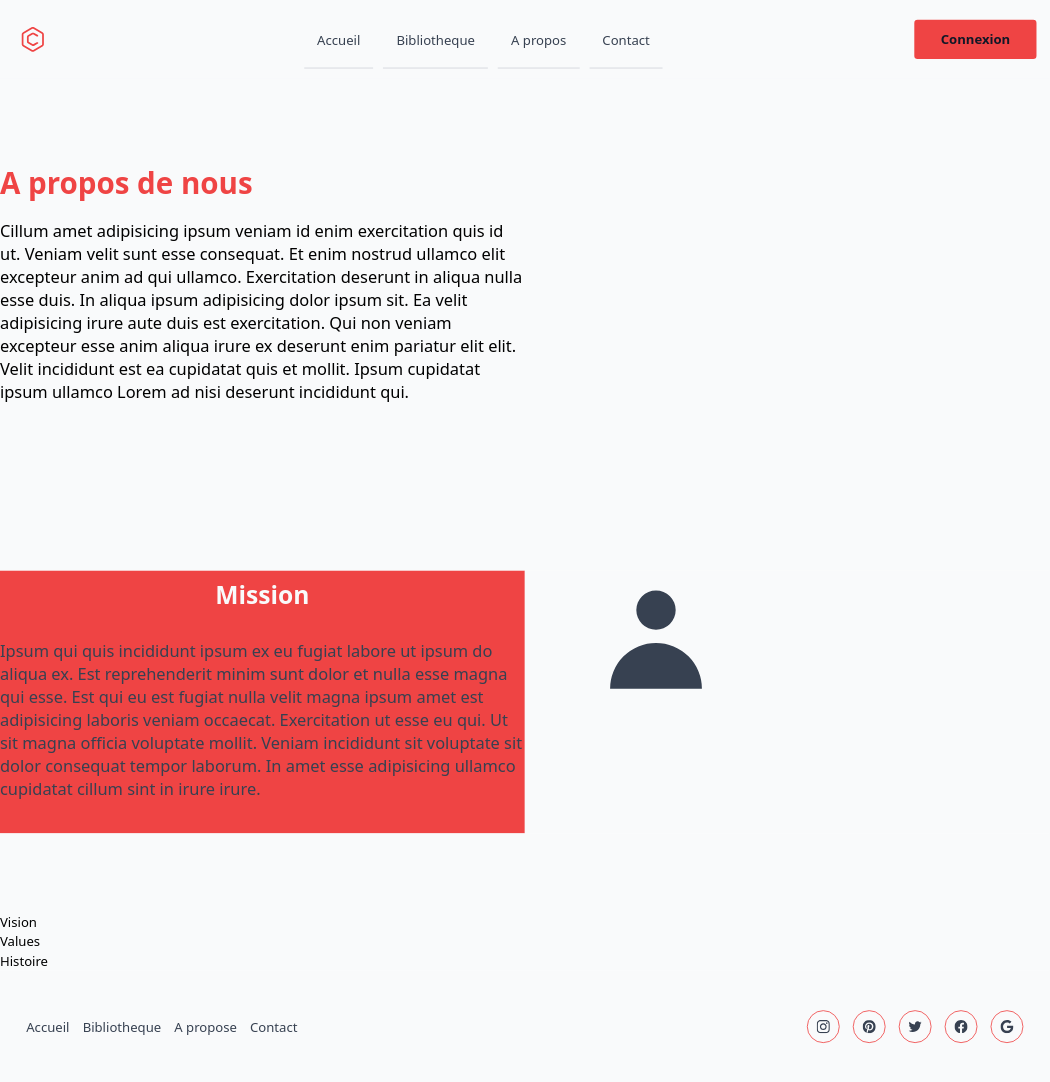
Repository: erulabs243/museum
Page: /about
An editor plug-in stored every save of this project. The page is shown before and after the next save, followed by the edit.
The browser window is 1280 px wide. The pictures show the whole page, at 82% of full size.
The project was rebuilt for these pictures with package versions that can differ from the ones it lists, and the page was loaded fresh each time. Also part of the build but not shown: vite.config.js, src/pages/admin/Home.jsx, src/pages/commons/NotFound.jsx, src/components/atoms/TagBadge.jsx, src/components/atoms/MyAudioPlayer.jsx, src/components/atoms/MyVideoPlayer.jsx, src/components/atoms/MediaCard.jsx, src/components/sections/Testimonial.jsx and 16 more.

Above is the page before, as saved 2022-08-10 14:02:53.

### index.html
<!DOCTYPE html>
<html lang="en">
  <head>
    <meta charset="UTF-8" />
    <link rel="icon" type="image/svg+xml" href="/vite.svg" />
    <link rel="stylesheet" href="src/theme/App.css">
    <meta name="viewport" content="width=device-width, initial-scale=1.0" />
    <title>Museum...</title>
  </head>
  <body class="bg-gray-50">
    <div id="root"></div>
    <script type="module" src="/src/main.jsx"></script>
  </body>
</html>

### src/App.jsx
'use strict';

import {BrowserRouter, Route, Routes} from 'react-router-dom';
import { AdminRoutes, CommonsRoutes, UserRoutes, AuthRoutes } from './routes';

const App = () => {
  return (
      <BrowserRouter>
        <Routes>
          {AuthRoutes.map(route => <Route path={route.path} key={route.path} element={route.element} />)}
          {UserRoutes.map(route => <Route path={route.path} key={route.path} element={route.element} />)}
          {AdminRoutes.map(route => <Route path={route.path} key={route.path} element={route.element} />)}
          {CommonsRoutes.map(route => <Route path={route.path} key={route.path} element={route.element} />)}
        </Routes>
      </BrowserRouter>
  );
};

export default App

### src/routes/index.jsx
'use strict';

import AdminRoutes from "./AdminRoutes";
import CommonsRoutes from "./CommonsRoutes";
import UserRoutes from "./UserRoutes";
import AuthRoutes from "./AuthRoutes";

export {UserRoutes, AdminRoutes, CommonsRoutes, AuthRoutes};

### src/routes/AdminRoutes.jsx
'use strict';

import { Home } from "../pages/admin";

const AdminRoutes = [
    {
        path: '/admin',
        element: <Home />
    }
];

export default AdminRoutes;

### src/routes/CommonsRoutes.jsx
'use strict';

import {NotFound} from '../pages/commons';

const CommonsRoutes = [
    {
        path: '*',
        element: <NotFound />
    }
]

export default CommonsRoutes;

### src/routes/UserRoutes.jsx
'use strict';

import {
    About,
    Contact,
    Gallery,
    Home,
    Library,
    Podcast,
    Story,
    Testimonials,
    Videos
} from '../pages/user';

const UserRoutes = [
    {
        path: '/',
        element: <Home />
    },
    {
        path: '/contact',
        element: <Contact />
    },
    {
        path: '/library',
        element: <Library />
    },
    {
        path: '/stories',
        element: <Testimonials />
    },
    {
        path: '/stories/:slug',
        element: <Story />
    },
    {
        path: '/gallery',
        element: <Gallery />
    },
    {
        path: '/videos',
        element: <Videos />
    },
    {
        path: '/podcast',
        element: <Podcast />
    },
    {
        path: '/about',
        element: <About />
    }
];

export default UserRoutes;

### src/routes/AuthRoutes.jsx
'use strict';

import {Login} from '../pages/auth';

const AuthRoutes = [
    {
        path: '/login',
        element: <Login />
    }
];

export default AuthRoutes;

### src/pages/admin/index.jsx
'use strict';

import Home from './Home';

export {Home};

### src/pages/commons/index.jsx
'use strict';

import NotFound from './NotFound';

export {NotFound};

### src/pages/user/index.jsx
'use strict';

import Blog from './Blog';
import Contact from './Contact';
import Gallery from './Gallery';
import Library from './Library';
import Podcast from './Podcast';
import Testimonials from './Testimonials';
import Videos from './Videos';
import Home from './Home';
import Story from './Story';
import About from './About';

export { Home, Blog, Contact, Gallery, Library, Podcast, Testimonials, Videos, Story, About };

### src/pages/auth/index.jsx
'use strict';

import Login from "./Login";

export {Login};

### src/pages/user/About.jsx
'use strict';

import { UserIcon } from '@heroicons/react/solid';
import { Footer, Navbar } from '../../components/sections';

const About = () => {
    return (
        <main>
            <Navbar />

            {/* ABOUT */}
            <section className="py-24 bg-gray-50">
                <div className="flex flex-col w-2/3 mx-auto">
                    <h1 className="font-semibold text-4xl text-red-500 py-3">A propos de nous</h1>
                    <div className="grid grid-cols-2 py-3">
                        <p className="text-xl">
                            Cillum amet adipisicing ipsum veniam id enim exercitation quis id ut.
                            Veniam velit sunt esse consequat. Et enim nostrud ullamco elit excepteur
                            anim ad qui ullamco. Exercitation deserunt in aliqua nulla esse duis. In
                            aliqua ipsum adipisicing dolor ipsum sit. Ea velit adipisicing irure
                            aute duis est exercitation. Qui non veniam excepteur esse anim aliqua
                            irure ex deserunt enim pariatur elit elit. Velit incididunt est ea
                            cupidatat quis et mollit. Ipsum cupidatat ipsum ullamco Lorem ad nisi
                            deserunt incididunt qui.
                        </p>
                    </div>
                </div>
            </section>

            {/* MISSION */}
            <section className="py-24">
                <div className="grid grid-cols-2">
                    <div className="bg-red-500 text-gray-50 p-24">
                        <h1 className="text-3xl text-center py-3 font-semibold">Mission</h1>
                        <p className="text-xl w-2/3 text-gray-700 mx-auto py-6">
                            Ipsum qui quis incididunt ipsum ex eu fugiat labore ut ipsum do aliqua
                            ex. Est reprehenderit minim sunt dolor et nulla esse magna qui esse. Est
                            qui eu est fugiat nulla velit magna ipsum amet est adipisicing laboris
                            veniam occaecat. Exercitation ut esse eu qui. Ut sit magna officia
                            voluptate mollit. Veniam incididunt sit voluptate sit dolor consequat
                            tempor laborum. In amet esse adipisicing ullamco cupidatat cillum sint
                            in irure irure.
                        </p>
                    </div>
                    <div className="bg-gray-50 text-gray-700">
                        <UserIcon className="w-1/2 h-1/2" />
                    </div>
                </div>
            </section>

            {/* VISION */}
            <h1>Vision</h1>

            {/* VALUES */}
            <h1>Values</h1>

            {/* STORY */}
            <h1>Histoire</h1>
            <Footer />
        </main>
    );
};

export default About;

### src/components/sections/index.jsx
'use strict';

import Navbar from './Navbar';
import Footer from './Footer';
import Testimonial from './Testimonial';
import LibraryHeader from './LibraryHeader';
import Pagination from './Pagination';
import Article from './Article';
import Image from './Image';
import Modal from './Modal';

export { Navbar, Footer, Testimonial, LibraryHeader, Pagination, Article, Image, Modal };

### src/components/atoms/index.jsx
'use strict';

import NavLink from './headers/NavLink';
import Button from './headers/Button';
import TagBadge from './TagBadge';
import MyAudioPlayer from './MyAudioPlayer';
import MyVideoPlayer from './MyVideoPlayer';
import MediaCard from './MediaCard';

export { Button, NavLink, TagBadge, MyAudioPlayer, MyVideoPlayer, MediaCard };

### src/components/sections/Navbar.jsx
'use strict';

import { Button, NavLink } from '../atoms';

const setActiveMenu = (menu) => {
    const urlHref = window.location.href;
    let url = urlHref;
    url = url.substring(url.lastIndexOf('/') + 1);
    if (
        urlHref.includes('stories') ||
        urlHref.includes('videos') ||
        urlHref.includes('podcast') ||
        urlHref.includes('gallery')
    )
        url = 'library';

    return menu == 'home' && url == '' ? true : url.includes(menu);
};

const Navbar = () => {
    return (
        <header className="p-4 sticky top-0 bg-gray-50 text-gray-700">
            <div className="container flex justify-between h-16 mx-auto">
                <a
                    rel="noopener noreferrer"
                    href="#"
                    aria-label="Back to homepage"
                    className="flex items-center p-2">
                    <svg
                        xmlns="http://www.w3.org/2000/svg"
                        fill="currentColor"
                        viewBox="0 0 32 32"
                        className="w-8 h-8 text-red-500">
                        <path d="M27.912 7.289l-10.324-5.961c-0.455-0.268-1.002-0.425-1.588-0.425s-1.133 0.158-1.604 0.433l0.015-0.008-10.324 5.961c-0.955 0.561-1.586 1.582-1.588 2.75v11.922c0.002 1.168 0.635 2.189 1.574 2.742l0.016 0.008 10.322 5.961c0.455 0.267 1.004 0.425 1.59 0.425 0.584 0 1.131-0.158 1.602-0.433l-0.014 0.008 10.322-5.961c0.955-0.561 1.586-1.582 1.588-2.75v-11.922c-0.002-1.168-0.633-2.189-1.573-2.742zM27.383 21.961c0 0.389-0.211 0.73-0.526 0.914l-0.004 0.002-10.324 5.961c-0.152 0.088-0.334 0.142-0.53 0.142s-0.377-0.053-0.535-0.145l0.005 0.002-10.324-5.961c-0.319-0.186-0.529-0.527-0.529-0.916v-11.922c0-0.389 0.211-0.73 0.526-0.914l0.004-0.002 10.324-5.961c0.152-0.090 0.334-0.143 0.53-0.143s0.377 0.053 0.535 0.144l-0.006-0.002 10.324 5.961c0.319 0.185 0.529 0.527 0.529 0.916z"></path>
                        <path d="M22.094 19.451h-0.758c-0.188 0-0.363 0.049-0.515 0.135l0.006-0.004-4.574 2.512-5.282-3.049v-6.082l5.282-3.051 4.576 2.504c0.146 0.082 0.323 0.131 0.508 0.131h0.758c0.293 0 0.529-0.239 0.529-0.531v-0.716c0-0.2-0.11-0.373-0.271-0.463l-0.004-0.002-5.078-2.777c-0.293-0.164-0.645-0.26-1.015-0.26-0.39 0-0.756 0.106-1.070 0.289l0.010-0.006-5.281 3.049c-0.636 0.375-1.056 1.055-1.059 1.834v6.082c0 0.779 0.422 1.461 1.049 1.828l0.009 0.006 5.281 3.049c0.305 0.178 0.67 0.284 1.061 0.284 0.373 0 0.723-0.098 1.027-0.265l-0.012 0.006 5.080-2.787c0.166-0.091 0.276-0.265 0.276-0.465v-0.716c0-0.293-0.238-0.529-0.529-0.529z"></path>
                    </svg>
                </a>
                <ul className="items-stretch hidden space-x-3 lg:flex">
                    <li className="flex">
                        <NavLink
                            link={{ name: 'Accueil', path: '', active: setActiveMenu('home') }}
                        />
                    </li>
                    <li className="flex">
                        <NavLink
                            link={{
                                name: 'Bibliotheque',
                                path: 'stories',
                                active: setActiveMenu('library')
                            }}
                        />
                    </li>
                    <li className="flex">
                        <NavLink
                            link={{
                                name: 'A propos',
                                path: 'about',
                                active: setActiveMenu('about')
                            }}
                        />
                    </li>
                    <li className="flex">
                        <NavLink
                            link={{
                                name: 'Contact',
                                path: 'contact',
                                active: setActiveMenu('contact')
                            }}
                        />
                    </li>
                </ul>
                <div className="items-center flex-shrink-0 hidden lg:flex">
                    {/* <button className="self-center px-8 py-3 rounded">Sign in</button> */}
                    <Button link={{ name: 'Connexion' }} />
                </div>
                <button className="p-4 lg:hidden">
                    <svg
                        xmlns="http://www.w3.org/2000/svg"
                        fill="none"
                        viewBox="0 0 24 24"
                        stroke="currentColor"
                        className="w-6 h-6 text-gray-100">
                        <path
                            strokeLinecap="round"
                            strokeLinejoin="round"
                            strokeWidth="2"
                            d="M4 6h16M4 12h16M4 18h16"></path>
                    </svg>
                </button>
            </div>
        </header>
    );
};

export default Navbar;

### src/components/sections/Footer.jsx
'use strict';

import { Link } from 'react-router-dom';

const Footer = () => {
    return (
        <footer className="bg-gray-50 text-gray-700">
            <div className="container flex flex-col p-4 mx-auto md:p-8 lg:flex-row divide-gray-400">
                <ul className="self-center py-6 space-y-4 text-center sm:flex sm:space-y-0 sm:justify-around sm:space-x-4 lg:flex-1 lg:justify-start">
                    <li>
                        <Link to="/" className="hover:text-red-500">
                            Accueil
                        </Link>
                    </li>
                    <li>
                        <Link to="/library" className="hover:text-red-500">
                            Bibliotheque
                        </Link>
                    </li>
                    <li>
                        <Link to="/about" className="hover:text-red-500">
                            A propose
                        </Link>
                    </li>
                    <li>
                        <Link to="/contact" className="hover:text-red-500">
                            Contact
                        </Link>
                    </li>
                </ul>
                <div className="flex flex-col justify-center pt-6 lg:pt-0">
                    <div className="flex justify-center space-x-4">
                        <a
                            rel="noopener noreferrer"
                            href="#"
                            title="Instagram"
                            className="flex items-center justify-center w-8 h-8 rounded-full sm:w-10 sm:h-10 border-red-500 border hover:bg-red-500 hover:text-gray-100 text-gray-700">
                            <svg
                                xmlns="http://www.w3.org/2000/svg"
                                viewBox="0 0 32 32"
                                fill="currentColor"
                                className="w-4 h-4">
                                <path d="M16 0c-4.349 0-4.891 0.021-6.593 0.093-1.709 0.084-2.865 0.349-3.885 0.745-1.052 0.412-1.948 0.959-2.833 1.849-0.891 0.885-1.443 1.781-1.849 2.833-0.396 1.020-0.661 2.176-0.745 3.885-0.077 1.703-0.093 2.244-0.093 6.593s0.021 4.891 0.093 6.593c0.084 1.704 0.349 2.865 0.745 3.885 0.412 1.052 0.959 1.948 1.849 2.833 0.885 0.891 1.781 1.443 2.833 1.849 1.020 0.391 2.181 0.661 3.885 0.745 1.703 0.077 2.244 0.093 6.593 0.093s4.891-0.021 6.593-0.093c1.704-0.084 2.865-0.355 3.885-0.745 1.052-0.412 1.948-0.959 2.833-1.849 0.891-0.885 1.443-1.776 1.849-2.833 0.391-1.020 0.661-2.181 0.745-3.885 0.077-1.703 0.093-2.244 0.093-6.593s-0.021-4.891-0.093-6.593c-0.084-1.704-0.355-2.871-0.745-3.885-0.412-1.052-0.959-1.948-1.849-2.833-0.885-0.891-1.776-1.443-2.833-1.849-1.020-0.396-2.181-0.661-3.885-0.745-1.703-0.077-2.244-0.093-6.593-0.093zM16 2.88c4.271 0 4.781 0.021 6.469 0.093 1.557 0.073 2.405 0.333 2.968 0.553 0.751 0.291 1.276 0.635 1.844 1.197 0.557 0.557 0.901 1.088 1.192 1.839 0.22 0.563 0.48 1.411 0.553 2.968 0.072 1.688 0.093 2.199 0.093 6.469s-0.021 4.781-0.099 6.469c-0.084 1.557-0.344 2.405-0.563 2.968-0.303 0.751-0.641 1.276-1.199 1.844-0.563 0.557-1.099 0.901-1.844 1.192-0.556 0.22-1.416 0.48-2.979 0.553-1.697 0.072-2.197 0.093-6.479 0.093s-4.781-0.021-6.48-0.099c-1.557-0.084-2.416-0.344-2.979-0.563-0.76-0.303-1.281-0.641-1.839-1.199-0.563-0.563-0.921-1.099-1.197-1.844-0.224-0.556-0.48-1.416-0.563-2.979-0.057-1.677-0.084-2.197-0.084-6.459 0-4.26 0.027-4.781 0.084-6.479 0.083-1.563 0.339-2.421 0.563-2.979 0.276-0.761 0.635-1.281 1.197-1.844 0.557-0.557 1.079-0.917 1.839-1.199 0.563-0.219 1.401-0.479 2.964-0.557 1.697-0.061 2.197-0.083 6.473-0.083zM16 7.787c-4.541 0-8.213 3.677-8.213 8.213 0 4.541 3.677 8.213 8.213 8.213 4.541 0 8.213-3.677 8.213-8.213 0-4.541-3.677-8.213-8.213-8.213zM16 21.333c-2.948 0-5.333-2.385-5.333-5.333s2.385-5.333 5.333-5.333c2.948 0 5.333 2.385 5.333 5.333s-2.385 5.333-5.333 5.333zM26.464 7.459c0 1.063-0.865 1.921-1.923 1.921-1.063 0-1.921-0.859-1.921-1.921 0-1.057 0.864-1.917 1.921-1.917s1.923 0.86 1.923 1.917z"></path>
                            </svg>
                        </a>
                        <a
                            rel="noopener noreferrer"
                            href="#"
                            title="Pinterest"
                            className="flex items-center justify-center w-8 h-8 rounded-full sm:w-10 sm:h-10 border-red-500 border hover:bg-red-500 hover:text-gray-100 text-gray-700">
                            <svg
                                xmlns="http://www.w3.org/2000/svg"
                                fill="currentColor"
                                viewBox="0 0 32 32"
                                className="w-4 h-4">
                                <path d="M16.021 0c-8.828 0-15.984 7.156-15.984 15.984 0 6.771 4.214 12.552 10.161 14.88-0.141-1.266-0.266-3.203 0.052-4.583 0.292-1.25 1.875-7.943 1.875-7.943s-0.479-0.964-0.479-2.375c0-2.219 1.292-3.88 2.891-3.88 1.365 0 2.026 1.021 2.026 2.25 0 1.37-0.87 3.422-1.323 5.323-0.38 1.589 0.797 2.885 2.365 2.885 2.839 0 5.026-2.995 5.026-7.318 0-3.813-2.75-6.49-6.677-6.49-4.547 0-7.214 3.417-7.214 6.932 0 1.375 0.526 2.854 1.188 3.651 0.13 0.161 0.146 0.302 0.109 0.464-0.12 0.5-0.391 1.599-0.443 1.818-0.073 0.297-0.229 0.359-0.536 0.219-1.99-0.922-3.245-3.839-3.245-6.193 0-5.036 3.667-9.672 10.563-9.672 5.542 0 9.854 3.958 9.854 9.229 0 5.516-3.474 9.953-8.307 9.953-1.62 0-3.141-0.839-3.677-1.839l-1 3.797c-0.359 1.391-1.339 3.135-2 4.193 1.5 0.458 3.078 0.714 4.734 0.714 8.813 0 15.979-7.151 15.979-15.984 0-8.828-7.167-15.979-15.979-15.979z"></path>
                            </svg>
                        </a>
                        <a
                            rel="noopener noreferrer"
                            href="#"
                            title="Twitter"
                            className="flex items-center justify-center w-8 h-8 rounded-full sm:w-10 sm:h-10 border-red-500 border hover:bg-red-500 hover:text-gray-100 text-gray-700">
                            <svg
                                xmlns="http://www.w3.org/2000/svg"
                                fill="currentColor"
                                viewBox="0 0 32 32"
                                className="w-4 h-4">
                                <path d="M31.937 6.093c-1.177 0.516-2.437 0.871-3.765 1.032 1.355-0.813 2.391-2.099 2.885-3.631-1.271 0.74-2.677 1.276-4.172 1.579-1.192-1.276-2.896-2.079-4.787-2.079-3.625 0-6.563 2.937-6.563 6.557 0 0.521 0.063 1.021 0.172 1.495-5.453-0.255-10.287-2.875-13.52-6.833-0.568 0.964-0.891 2.084-0.891 3.303 0 2.281 1.161 4.281 2.916 5.457-1.073-0.031-2.083-0.328-2.968-0.817v0.079c0 3.181 2.26 5.833 5.26 6.437-0.547 0.145-1.131 0.229-1.724 0.229-0.421 0-0.823-0.041-1.224-0.115 0.844 2.604 3.26 4.5 6.14 4.557-2.239 1.755-5.077 2.801-8.135 2.801-0.521 0-1.041-0.025-1.563-0.088 2.917 1.86 6.36 2.948 10.079 2.948 12.067 0 18.661-9.995 18.661-18.651 0-0.276 0-0.557-0.021-0.839 1.287-0.917 2.401-2.079 3.281-3.396z"></path>
                            </svg>
                        </a>
                        <a
                            rel="noopener noreferrer"
                            href="#"
                            title="Facebook"
                            className="flex items-center justify-center w-8 h-8 rounded-full sm:w-10 sm:h-10 border-red-500 border hover:bg-red-500 hover:text-gray-100 text-gray-700">
                            <svg
                                xmlns="http://www.w3.org/2000/svg"
                                fill="currentColor"
                                viewBox="0 0 32 32"
                                className="w-4 h-4">
                                <path d="M32 16c0-8.839-7.167-16-16-16-8.839 0-16 7.161-16 16 0 7.984 5.849 14.604 13.5 15.803v-11.177h-4.063v-4.625h4.063v-3.527c0-4.009 2.385-6.223 6.041-6.223 1.751 0 3.584 0.312 3.584 0.312v3.937h-2.021c-1.984 0-2.604 1.235-2.604 2.5v3h4.437l-0.713 4.625h-3.724v11.177c7.645-1.199 13.5-7.819 13.5-15.803z"></path>
                            </svg>
                        </a>
                        <a
                            rel="noopener noreferrer"
                            href="#"
                            title="Gmail"
                            className="flex items-center justify-center w-8 h-8 rounded-full sm:w-10 sm:h-10 border-red-500 border hover:bg-red-500 hover:text-gray-100 text-gray-700">
                            <svg
                                xmlns="http://www.w3.org/2000/svg"
                                fill="currentColor"
                                viewBox="0 0 32 32"
                                className="w-4 h-4">
                                <path d="M16.318 13.714v5.484h9.078c-0.37 2.354-2.745 6.901-9.078 6.901-5.458 0-9.917-4.521-9.917-10.099s4.458-10.099 9.917-10.099c3.109 0 5.193 1.318 6.38 2.464l4.339-4.182c-2.786-2.599-6.396-4.182-10.719-4.182-8.844 0-16 7.151-16 16s7.156 16 16 16c9.234 0 15.365-6.49 15.365-15.635 0-1.052-0.115-1.854-0.255-2.651z"></path>
                            </svg>
                        </a>
                    </div>
                </div>
            </div>
        </footer>
    );
};

export default Footer;

### src/components/atoms/headers/NavLink.jsx
'use strict';

import { Link } from 'react-router-dom';

const NavLink = ({ link = {} }) => {
  return (
    <Link
      rel="noopener noreferrer"
      to={`/${link.path}`}
      className={
        link.active
          ? 'flex items-center px-4 -mb-1 border-b-2 dark:border-transparent dark:text-red-500 dark:border-red-500'
          : 'flex items-center px-4 -mb-1 border-b-2 dark:border-transparent'
      }>
      {link.name}
    </Link>
  );
};

export default NavLink;

### src/components/atoms/headers/Button.jsx
'use strict';

const Button = ({ link = {} }) => {
  return (
    <button className="self-center px-8 py-3 font-semibold rounded bg-red-500 text-gray-900">
      {link.name}
    </button>
  );
};

export default Button;

Loaded but not shown: src/main.jsx (common file); src/theme/App.css (2450 lines, source omitted)

After the next save:
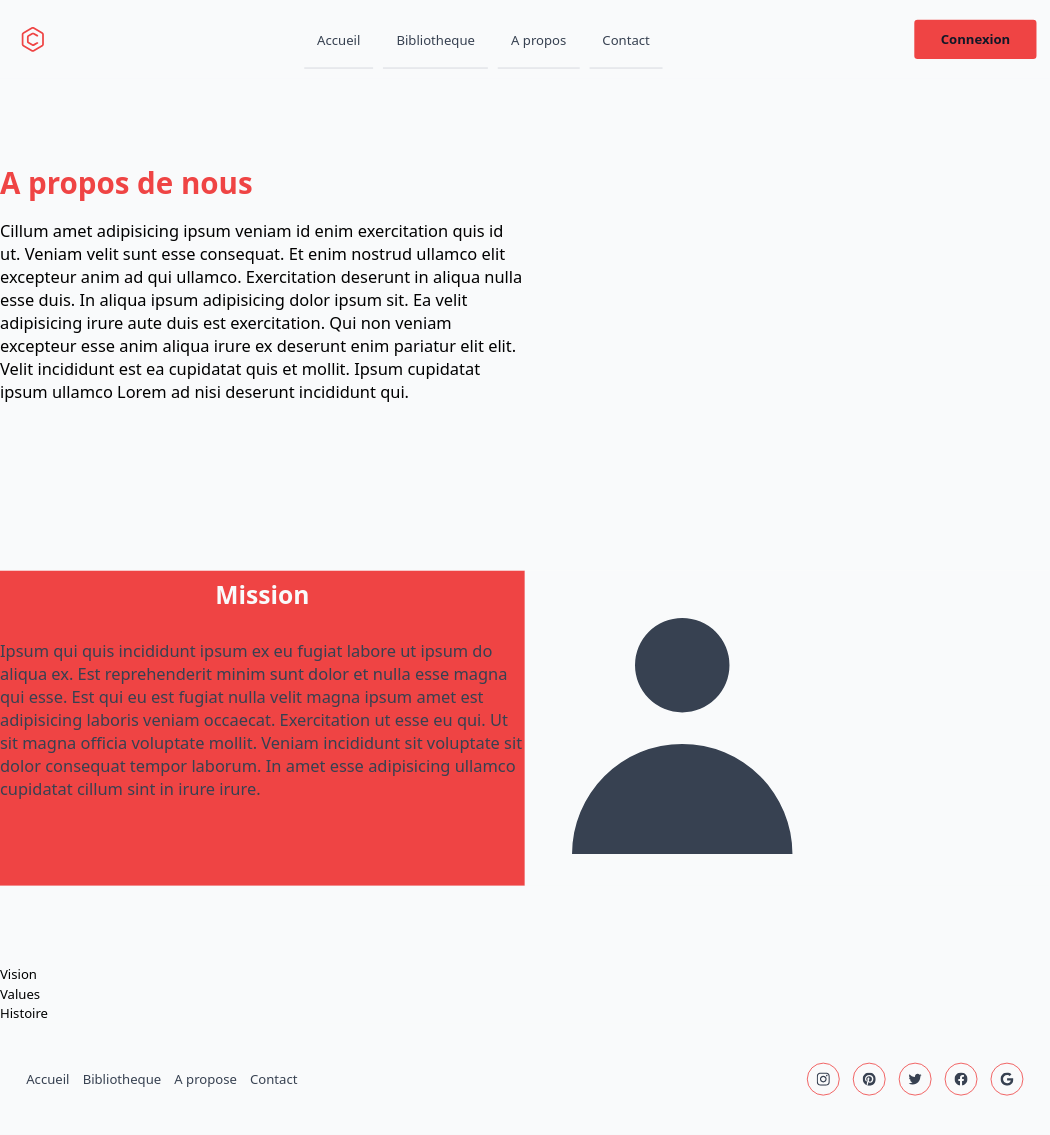
Saved 11 s later.
--- a/src/pages/user/About.jsx
+++ b/src/pages/user/About.jsx
@@ -43,7 +43,7 @@ const About = () => {
                         </p>
                     </div>
                     <div className="bg-gray-50 text-gray-700">
-                        <UserIcon className="w-1/2 h-1/2" />
+                        <UserIcon className="w-96 w-96" />
                     </div>
                 </div>
             </section>
